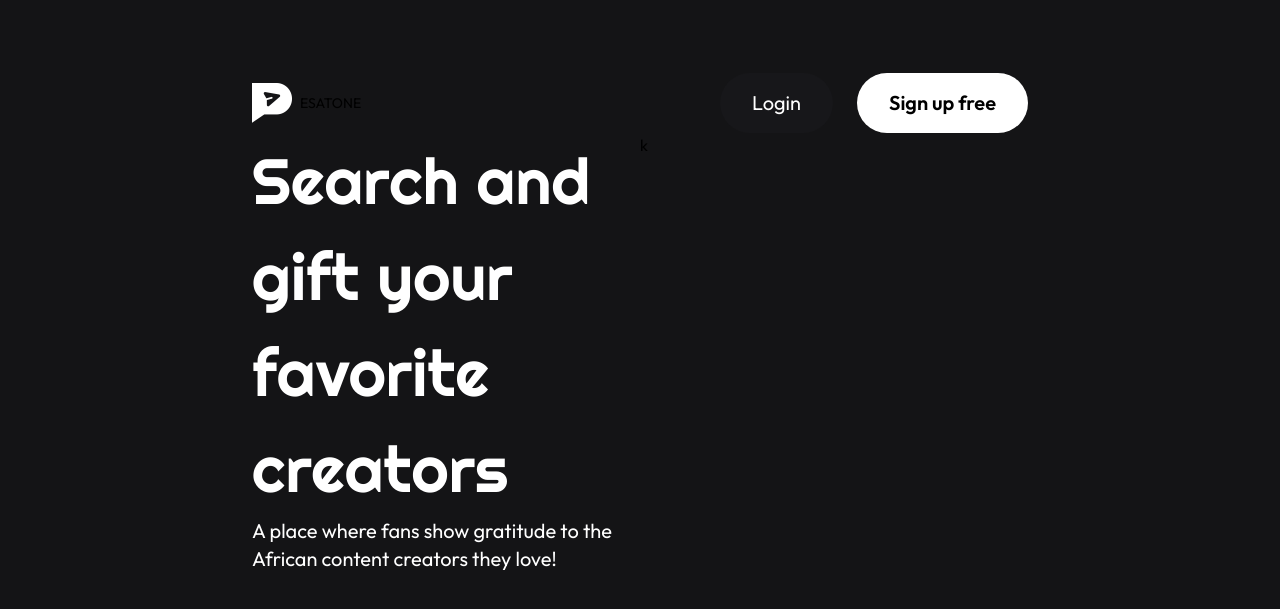
Repository: felixdusengimana/capstone-project-mirror
Page: / (app in frontend/)
The author's editor kept a copy of each file at every save. The page is drawn from the files as they stood at one save, then again after the next save.
The browser window is 1280 px wide. The pictures show the whole page.
The project was rebuilt for these pictures with package versions that can differ from the ones it lists, and the page was loaded fresh each time. The framework's server and built-in components were replaced by stand-ins that run in the browser. Also part of the build but not shown: frontend/next.config.mjs.

Above is the page before, as saved 2024-03-11 12:05:42.

### frontend/app/layout.tsx
import type { Metadata } from "next";
import { Righteous, Outfit } from "next/font/google";
import "./globals.css";

const outfit = Outfit({ subsets: ["latin"], variable: "--font-outfit" });
const righteous = Righteous({
  subsets: ["latin"],
  variable: "--font-righteous",
  weight: "400",
});

export const metadata: Metadata = {
  title: "Pesatone - Search and gift your favorite creators",
  description:
    "A place where fans show gratitude to the African content creators they love!",
};

export default function RootLayout({
  children,
}: Readonly<{
  children: React.ReactNode;
}>) {
  return (
    <html lang="en">
      <body className={`${outfit.variable} ${righteous.variable} font-sans`}>
        {children}
      </body>
    </html>
  );
}

### frontend/app/page.tsx
import Headline from "@/components/atoms/Headline";
import Navbar from "@/components/organisms/Navbar";
import React from "react";

export default function page() {
  return (
    <div className="py-[73px]">
      <Navbar />

      <div className="grid grid-cols-2 page-padding">
        <div>
          <Headline className="text-[64px]">
            Search and gift your favorite creators
          </Headline>
          <p className="text-xl text-white">
            A place where fans show gratitude to the African content creators
            they love!
          </p>
        </div>
        <div>k</div>
      </div>
    </div>
  );
}

### frontend/app/globals.css
@tailwind base;
@tailwind components;
@tailwind utilities;

:root {
  --bg: #141416;
  --bg-hover: #232326;
  --secondary-color: #17171A;
  --foreground-rgb: 0, 0, 0;
  --background-start-rgb: 214, 219, 220;
  --background-end-rgb: 255, 255, 255;
}

@media (prefers-color-scheme: dark) {
  :root {
    --foreground-rgb: 255, 255, 255;
    --background-start-rgb: 0, 0, 0;
    --background-end-rgb: 0, 0, 0;
  }
}

body {
  background: var(--bg);
  color: rgb(var(--foreground-rgb));
}

@layer utilities {
  .text-balance {
    text-wrap: balance;
  }
}

.page-padding {
  padding: 0 252px;
}

### frontend/components/atoms/Headline.tsx
import { ComponentProps } from "react";

interface HeadlineProps extends ComponentProps<"h1"> {}

export default function Headline({ ...props }: HeadlineProps) {
  return (
    <div className={`font-mono text-white ${props.className}`}>
      {props.children}
    </div>
  );
}

### frontend/components/organisms/Navbar.tsx
import Image from "next/image";
import Button from "../atoms/Button";
import Link from "next/link";

export default function Navbar() {
  return (
    <div className="page-padding flex justify-between items-center">
      <Link href={"/"} className="flex  items-center gap-2">
        <Image
          src="/logo-white.png"
          alt="PESATONElogo"
          width={40}
          height={40}
        />
        <p className="text-sm">ESATONE</p>
      </Link>
      <div className="flex items-center gap-6">
        <Link href={"/login"}>
          <Button variant="secondary" className="px-12">
            Login
          </Button>
        </Link>
        <Link href={"/join"}>
          <Button variant="white" className="font-semibold">
            Sign up free
          </Button>
        </Link>
      </div>
    </div>
  );
}

### frontend/components/atoms/Button.tsx
import { ComponentProps } from "react";

interface ButtonProps extends ComponentProps<"button"> {
  variant?: "dark" | "white" | "blurred" | "secondary";
  size?: "sm" | "md" | "lg";
  bordered?: boolean;
}

export default function Button({ ...props }: ButtonProps) {
  const { variant = "dark", size = "md", bordered = false } = props;

  const variantClasses = {
    dark: "bg-black text-white",
    white: "bg-white text-black",
    secondary: "bg-secondary text-white",
    blurred: "bg-blurred text-white",
  };

  const sizeClasses = {
    sm: "px-2 py-1",
    md: "px-8 py-4",
    lg: "px-6 py-3",
  };

  const borderClasses = bordered ? "border border-black" : "";

  return (
    <button
      {...props}
      className={`text-xl font-normal rounded-full ${variantClasses[variant]} ${sizeClasses[size]} ${borderClasses} ${props.className}`}
    >
      {props.children}
    </button>
  );
}

### frontend/tailwind.config.ts
import type { Config } from "tailwindcss";

const config: Config = {
  content: [
    "./pages/**/*.{js,ts,jsx,tsx,mdx}",
    "./components/**/*.{js,ts,jsx,tsx,mdx}",
    "./app/**/*.{js,ts,jsx,tsx,mdx}",
  ],
  theme: {
    extend: {
      // backgroundImage: {
      //   "gradient-radial": "radial-gradient(var(--tw-gradient-stops))",
      //   "gradient-conic":
      //     "conic-gradient(from 180deg at 50% 50%, var(--tw-gradient-stops))",
      // },
      fontFamily: {
        sans: ["var(--font-outfit)"],
        mono: ["var(--font-righteous)"],
      },
      colors: {
        secondary: "var(--secondary-color)",
      },
    },
  },
  plugins: [],
};
export default config;

After the next save:
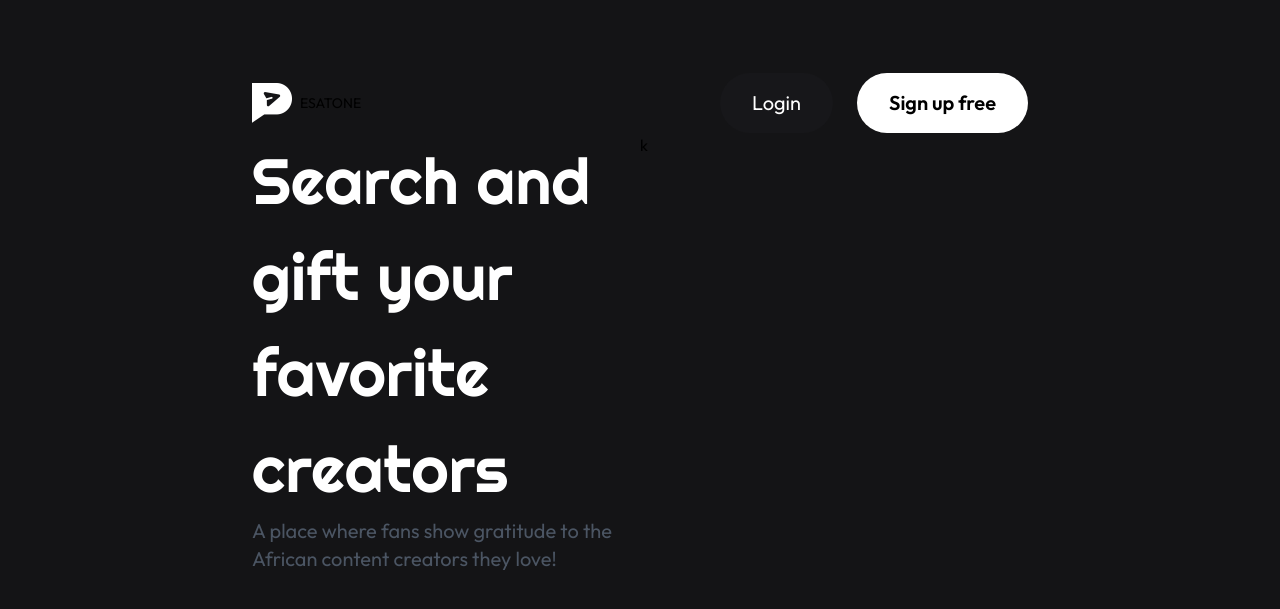
Saved 45 s later.
--- a/frontend/app/page.tsx
+++ b/frontend/app/page.tsx
@@ -12,7 +12,7 @@ export default function page() {
           <Headline className="text-[64px]">
             Search and gift your favorite creators
           </Headline>
-          <p className="text-xl text-white">
+          <p className="text-xl text-gray-600">
             A place where fans show gratitude to the African content creators
             they love!
           </p>
